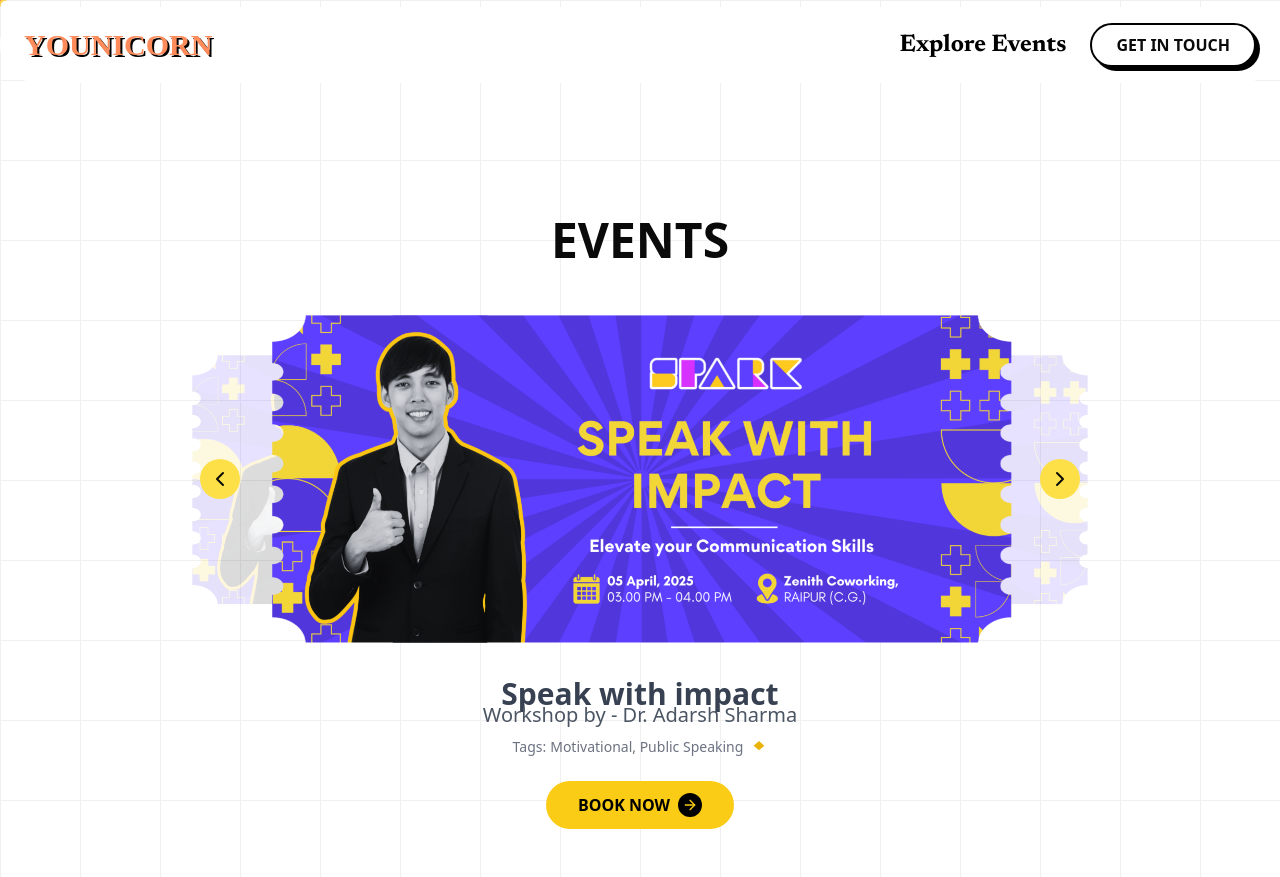
Repository: as-avni/dreamersite
Page: /events
These files come from the project's save history. The page is drawn as it stood at one moment and after a run of saves; the edit follows.
The browser window is 1280 px wide. The pictures show the whole page.
Some web fonts or font styles are not loaded; a fallback is used. The project was rebuilt for these pictures with package versions that can differ from the ones it lists, and the page was loaded fresh each time. The framework's server and built-in components were replaced by stand-ins that run in the browser. Also part of the build but not shown: next.config.ts.

Above is the page before, as saved 2025-03-27 17:33:04.

### src/app/layout.tsx

import type { Metadata } from "next";
import { Geist, Geist_Mono } from "next/font/google";
import "./globals.css";
import Header from "@/components/navbar";

const geistSans = Geist({
  variable: "--font-geist-sans",
  subsets: ["latin"],
});

const geistMono = Geist_Mono({
  variable: "--font-geist-mono",
  subsets: ["latin"],
});

export const metadata: Metadata = {
  title: "Younicorn",
  description: "A community of entrepreneurs, aspiring entrepreneurs, leaders and professionals from any industry who come together to gain and give massive exposure to the leaders of tomorrow.",
};

export default function RootLayout({
  children,
}: Readonly<{
  children: React.ReactNode;
}>) {
  return (
    <html lang="en">
      <body className={`${geistSans.variable} ${geistMono.variable}`}>
        <Header />
        {children}
      </body>
    </html>
  );
}

### src/app/events/page.tsx
import CustomCursor from "@/hooks/CustomCursor"
import EventsPage from "./events-page"

export default function Home() {
    return (
        <main className="min-h-screen bg-white font-sans antialiased">
        <CustomCursor />
        <EventsPage />
        </main>
    )
}

### src/app/globals.css
@import url('https://fonts.googleapis.com/css2?family=Anek+Devanagari:wght@100..800&family=Khand:wght@300;400;500;600;700&family=Newsreader:ital,opsz,wght@0,6..72,200..800;1,6..72,200..800&family=Noto+Sans:ital,wght@0,100..900;1,100..900&family=Poppins:ital,wght@0,100;0,200;0,300;0,400;0,500;0,600;0,700;0,800;0,900;1,100;1,200;1,300;1,400;1,500;1,600;1,700;1,800;1,900&family=Rampart+One&display=swap');
@import url('https://fonts.googleapis.com/css2?family=Anek+Devanagari:wght@100..800&family=Archivo+Narrow:ital,wght@0,400..700;1,400..700&family=Khand:wght@300;400;500;600;700&family=Newsreader:ital,opsz,wght@0,6..72,200..800;1,6..72,200..800&family=Noto+Sans:ital,wght@0,100..900;1,100..900&family=Poppins:ital,wght@0,100;0,200;0,300;0,400;0,500;0,600;0,700;0,800;0,900;1,100;1,200;1,300;1,400;1,500;1,600;1,700;1,800;1,900&family=Rampart+One&display=swap');
@import url('https://fonts.googleapis.com/css2?family=Archivo+Narrow:ital,wght@0,400..700;1,400..700&display=swap');

@import url('https://fonts.googleapis.com/css2?family=DM+Serif+Display:ital@0;1&display=swap');


@tailwind base;
@tailwind components;
@tailwind utilities;

html,
body {
  max-width: 100vw;
  overflow-x: hidden;
}

* {
  cursor: none;
}
input, textarea, button, select, a {
  cursor: auto;
}

.blinking-cursor {
  display: inline-block;
  width: 10px;
  height: 5rem; /* Adjust height to match text size */
  vertical-align: middle; /* Align with text */
  animation: blink 0.8s steps(2, start) infinite;
  font-family: 'Courier New', monospace;
}

@keyframes blink {
  50% {
    opacity: 0;
  }
}

body {
  -webkit-font-smoothing: antialiased;
  -moz-osx-font-smoothing: grayscale;

}



* {
  box-sizing: border-box;
  padding: 0;
  margin: 0;
}

a {
  color: inherit;
  text-decoration: none;
}

@media (prefers-color-scheme: dark) {
  html {
    color-scheme: dark;
  }
}

@layer base {
  :root {
    --background: 0 0% 100%;
    --foreground: 0 0% 3.9%;
    --card: 0 0% 100%;
    --card-foreground: 0 0% 3.9%;
    --popover: 0 0% 100%;
    --popover-foreground: 0 0% 3.9%;
    --primary: 0 0% 9%;
    --primary-foreground: 0 0% 98%;
    --secondary: 0 0% 96.1%;
    --secondary-foreground: 0 0% 9%;
    --muted: 0 0% 96.1%;
    --muted-foreground: 0 0% 45.1%;
    --accent: 0 0% 96.1%;
    --accent-foreground: 0 0% 9%;
    --destructive: 0 84.2% 60.2%;
    --destructive-foreground: 0 0% 98%;
    --border: 0 0% 89.8%;
    --input: 0 0% 89.8%;
    --ring: 0 0% 3.9%;
    --chart-1: 12 76% 61%;
    --chart-2: 173 58% 39%;
    --chart-3: 197 37% 24%;
    --chart-4: 43 74% 66%;
    --chart-5: 27 87% 67%;
    --radius: 0.5rem;
  }
  .dark {
    --background: 0 0% 3.9%;
    --foreground: 0 0% 98%;
    --card: 0 0% 3.9%;
    --card-foreground: 0 0% 98%;
    --popover: 0 0% 3.9%;
    --popover-foreground: 0 0% 98%;
    --primary: 0 0% 98%;
    --primary-foreground: 0 0% 9%;
    --secondary: 0 0% 14.9%;
    --secondary-foreground: 0 0% 98%;
    --muted: 0 0% 14.9%;
    --muted-foreground: 0 0% 63.9%;
    --accent: 0 0% 14.9%;
    --accent-foreground: 0 0% 98%;
    --destructive: 0 62.8% 30.6%;
    --destructive-foreground: 0 0% 98%;
    --border: 0 0% 14.9%;
    --input: 0 0% 14.9%;
    --ring: 0 0% 83.1%;
    --chart-1: 220 70% 50%;
    --chart-2: 160 60% 45%;
    --chart-3: 30 80% 55%;
    --chart-4: 280 65% 60%;
    --chart-5: 340 75% 55%;
  }
}

@layer base {
  * {
    @apply border-border;
  }
  body {
    @apply bg-background text-foreground;
  }
}

### src/components/navbar.tsx
"use client";

import { useState } from "react";
import Link from "next/link";

export default function Header() {
  const [isOpen, setIsOpen] = useState(false);

  return (
    <header className="w-full py-4 px-6 flex items-center fixed justify-between top-[1%] z-50 bg-white bg-opacity-100 backdrop-blur-md rounded-full">
      {/* Logo */}
      <div className="flex-shrink-0">
        <Link href="/">
          <span
            className="text-3xl font-extrabold tracking-normal"
            style={{
              color: "#FF8C5A",
              textShadow: "2px 2px 0 #000",
              fontFamily: "Rampart One, cursive",
            }}
          >
            YOUNICORN
          </span>
        </Link>
      </div>

      {/* Mobile Menu Toggle */}
      <button
        className="md:hidden text-3xl"
        onClick={() => setIsOpen(!isOpen)}
      >
        ☰
      </button>

      {/* Navigation Links */}
      <div
        className={`flex flex-col md:flex-row items-center gap-6 ${
          isOpen ? "block" : "hidden md:flex"
        } absolute md:static top-16 left-0 w-full md:w-auto bg-white md:bg-transparent shadow-md md:shadow-none rounded-lg md:rounded-none p-4 md:p-0`}
      >
        <div className="flex flex-col md:flex-row items-center gap-4 md:gap-6 w-full md:w-auto space-y-4 md:space-y-0">
          <Link
            href="/events"
            className="font-bold text-2xl/7 text-black font-newsreader"
          >
            Explore Events
          </Link>

          <Link href="/contact">
            <div className="relative group">
              <div className="absolute inset-0 bg-black rounded-full translate-x-1 translate-y-1"></div>
              <button className="relative bg-white border-2 border-black rounded-full px-6 py-2 font-bold transition-transform group-hover:-translate-x-0.5 group-hover:-translate-y-0.5">
                GET IN TOUCH
              </button>
            </div>
          </Link>
        </div>
      </div>
    </header>
  );
}

### src/hooks/CustomCursor.tsx
"use client";

import { useEffect, useState } from "react";
import Image from "next/image";

export default function CustomCursor() {
  const [position, setPosition] = useState<{ x: number; y: number }>({ x: 0, y: 0 });

  useEffect(() => {
    const moveCursor = (e: MouseEvent) => {
      setPosition({ x: e.clientX, y: e.clientY });
    };

    window.addEventListener("mousemove", moveCursor);
    return () => window.removeEventListener("mousemove", moveCursor);
  }, []);

  return (
    <div
      style={{
        position: "fixed",  // Changed from "absolute" to "fixed"
        top: `${position.y}px`,
        left: `${position.x}px`,
        transform: "translate(-50%, -50%)",
        pointerEvents: "none",
        zIndex: 9999,  // Ensures it's above all elements
      }}
    >
      <Image src="/cursor.png" alt="Custom Cursor" width={40} height={40} />
    </div>
  );
}

### src/app/events/events-page.tsx
"use client"

import { useState } from "react"
import { ArrowRight, ChevronLeft, ChevronRight } from "lucide-react"
import Image from "next/image"
// import Link from "next/link"

// Event data
const events = [
{
    id: 1,
    image: "/images/event-ticket.png",
    title: "Speak with impact",
    presenter: "Dr. Adarsh Sharma",
    tags: ["Motivational", "Public Speaking"],
},
{
    id: 2,
    image: "/placeholder.svg?height=220&width=800",
    title: "Design Thinking Workshop",
    presenter: "Sarah Johnson",
    tags: ["Design", "Innovation"],
},
{
    id: 3,
    image: "/placeholder.svg?height=220&width=800",
    title: "Startup Funding Masterclass",
    presenter: "Michael Chen",
    tags: ["Business", "Finance"],
},
]

export default function EventsPage() {
const [currentIndex, setCurrentIndex] = useState(0)
const currentEvent = events[currentIndex]

const goToPrevious = () => {
    const isFirstSlide = currentIndex === 0
    const newIndex = isFirstSlide ? events.length - 1 : currentIndex - 1
    setCurrentIndex(newIndex)
}

const goToNext = () => {
    const isLastSlide = currentIndex === events.length - 1
    const newIndex = isLastSlide ? 0 : currentIndex + 1
    setCurrentIndex(newIndex)
}

return (
    <div className="min-h-screen bg-white bg-[linear-gradient(#f0f0f0_1px,transparent_1px),linear-gradient(90deg,#f0f0f0_1px,transparent_1px)] bg-[size:80px_80px] flex flex-col items-center px-4 py-8">


    {/* Events Heading */}8
    <h1 className="text-5xl font-bold mt-40">EVENTS</h1>

    {/* Event Carousel */}
    <div className="w-full max-w-4xl relative mb-8 my-10">
        {/* Navigation Arrows */}
        <button
        onClick={goToPrevious}
        className="absolute left-2 top-1/2 -translate-y-1/2 bg-yellow-300 rounded-full p-2 z-10 hover:bg-yellow-400 transition-colors"
        >
        <ChevronLeft className="h-6 w-6" />
        </button>
        <button
        onClick={goToNext}
        className="absolute right-2 top-1/2 -translate-y-1/2 bg-yellow-300 rounded-full p-2 z-10 hover:bg-yellow-400 transition-colors"
        >
        <ChevronRight className="h-6 w-6" />
        </button>

        {/* Event Ticket/Banner Image */}
        <div className="w-full h-[350px] rounded-2xl overflow-hidden">
            <Image
                src={currentEvent.image || "/placeholder.svg"}
                alt={currentEvent.title}
                width={800}
                height={220}
                className="w-full h-full object-contain"
            />
        </div>
    </div>

    {/* Event Details - Changes based on current carousel item */}
    <div className="text-center mb-4">
        <h2 className="text-3xl font-semibold text-gray-700 leading-[0.5] ">{currentEvent.title}</h2>
        <p className="text-xl text-gray-600 mb-2">Workshop by - {currentEvent.presenter}</p>

        <div className="flex justify-center items-center mb-6">
        <div className="inline-flex items-center">
            <span className="text-sm text-gray-500">Tags: </span>
            <span className="text-sm text-gray-500 ml-1">{currentEvent.tags.join(", ")}</span>
        </div>
        <div className="ml-2 text-yellow-500">
            <svg width="16" height="16" viewBox="0 0 24 24" fill="none" xmlns="http://www.w3.org/2000/svg">
            <path d="M12 3L20 10L12 17L4 10L12 3Z" fill="currentColor" />
            </svg>
        </div>
        </div>

        <button className="bg-yellow-400 text-black px-8 py-3 rounded-full font-bold flex items-center mx-auto hover:bg-yellow-500 transition-colors">
        <span>BOOK NOW</span>
        <div className="ml-2 bg-black rounded-full p-1">
            <ArrowRight className="h-4 w-4 text-yellow-400" />
        </div>
        </button>
    </div>
    </div>
)
}

### tailwind.config.js
/** @type {import('tailwindcss').Config} */
module.exports = {
    darkMode: ["class"],
    content: [
    "./app/**/*.{js,ts,jsx,tsx,mdx}",
    "./pages/**/*.{js,ts,jsx,tsx,mdx}",
    "./components/**/*.{js,ts,jsx,tsx,mdx}",
    "./src/**/*.{js,ts,jsx,tsx,mdx}",
],
	theme: {
		extend: {
			fontFamily: {
				poppins: [
					'Poppins',
					'sans-serif'
				],
				notosans: [
					'Noto Sans',
					'sans-serif'
				],
				rampartone: [
					'Rampart One',
					'cursive'
				],
				newsreader: [
					'Newsreader',
					'serif'
				],
				pacifico: [
					'Pacifico',
					'cursive'
				],
				dmSerif: [
					'DM Serif Display',
					"serif"
				],
				archivenarrow: [
					'Archivo Narrow',
					'sans-serif'
				]
			},
			borderRadius: {
				lg: 'var(--radius)',
				md: 'calc(var(--radius) - 2px)',
				sm: 'calc(var(--radius) - 4px)'
			},
			colors: {
				background: 'hsl(var(--background))',
				foreground: 'hsl(var(--foreground))',
				card: {
					DEFAULT: 'hsl(var(--card))',
					foreground: 'hsl(var(--card-foreground))'
				},
				popover: {
					DEFAULT: 'hsl(var(--popover))',
					foreground: 'hsl(var(--popover-foreground))'
				},
				primary: {
					DEFAULT: 'hsl(var(--primary))',
					foreground: 'hsl(var(--primary-foreground))'
				},
				secondary: {
					DEFAULT: 'hsl(var(--secondary))',
					foreground: 'hsl(var(--secondary-foreground))'
				},
				muted: {
					DEFAULT: 'hsl(var(--muted))',
					foreground: 'hsl(var(--muted-foreground))'
				},
				accent: {
					DEFAULT: 'hsl(var(--accent))',
					foreground: 'hsl(var(--accent-foreground))'
				},
				destructive: {
					DEFAULT: 'hsl(var(--destructive))',
					foreground: 'hsl(var(--destructive-foreground))'
				},
				border: 'hsl(var(--border))',
				input: 'hsl(var(--input))',
				ring: 'hsl(var(--ring))',
				chart: {
					'1': 'hsl(var(--chart-1))',
					'2': 'hsl(var(--chart-2))',
					'3': 'hsl(var(--chart-3))',
					'4': 'hsl(var(--chart-4))',
					'5': 'hsl(var(--chart-5))'
				}
			}
		}
	},
	plugins: [import("tailwindcss-animate")],
	}

After the next 2 saves:
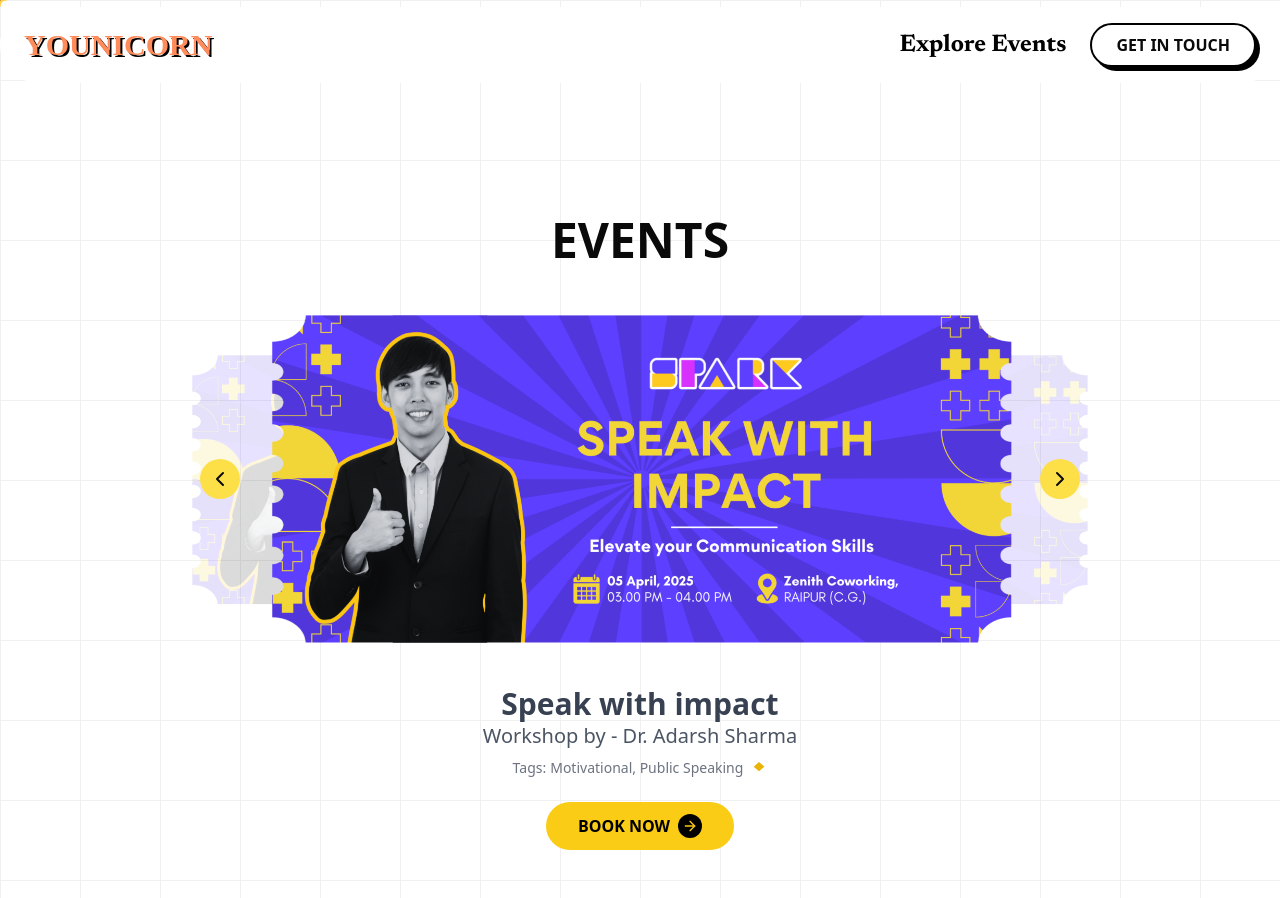
The 2 saves are shown as one change because they came seconds apart.
The last was saved 11 s later.
--- a/src/app/events/events-page.tsx
+++ b/src/app/events/events-page.tsx
@@ -83,7 +83,7 @@ return (
 
     {/* Event Details - Changes based on current carousel item */}
     <div className="text-center mb-4">
-        <h2 className="text-3xl font-semibold text-gray-700 leading-[0.5] ">{currentEvent.title}</h2>
+        <h2 className="text-3xl font-semibold text-gray-700 ">{currentEvent.title}</h2>
         <p className="text-xl text-gray-600 mb-2">Workshop by - {currentEvent.presenter}</p>
 
         <div className="flex justify-center items-center mb-6">
